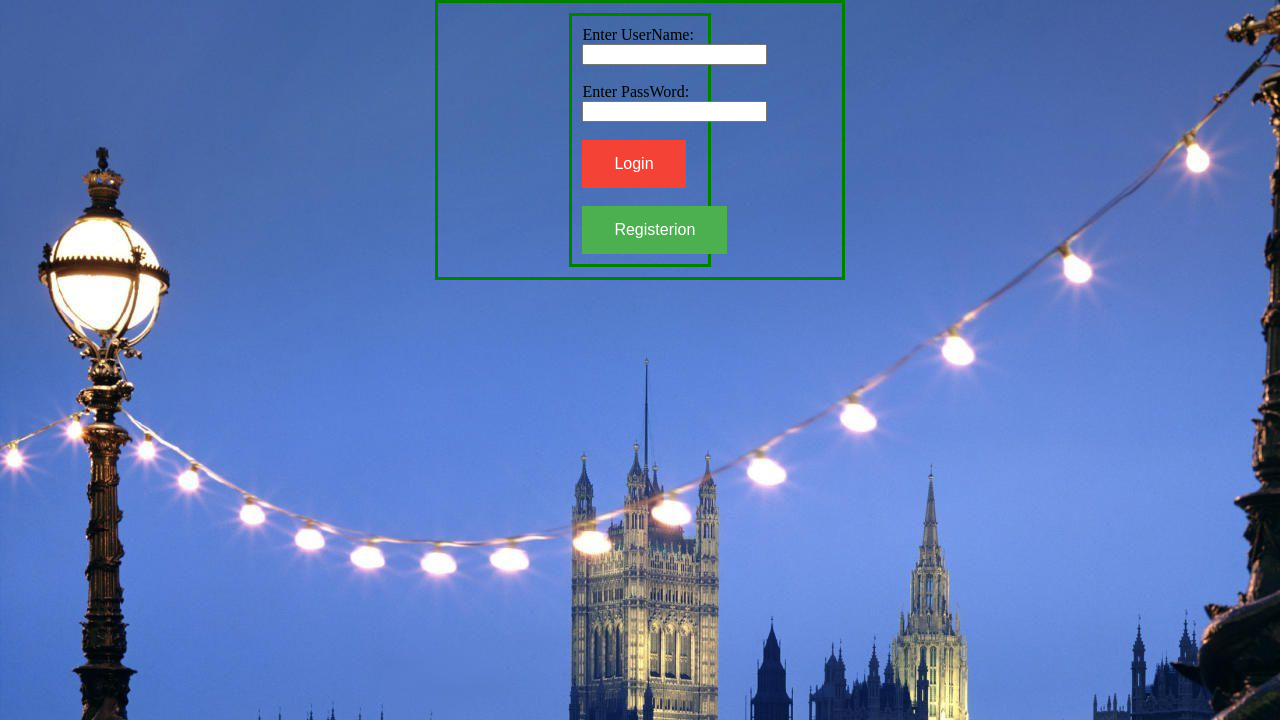
Repository: srikanthModugu/jdbc-servlet-jsp
Page: SutudentRegistration/WebContent/LoginPage.html
An editor plug-in stored every save of this project. The page is shown before and after the next save, followed by the edit.
The browser window is 1280 px wide. The pictures show the whole page.

Above is the page before, as saved 2017-10-02 14:33:25.

After the next save:
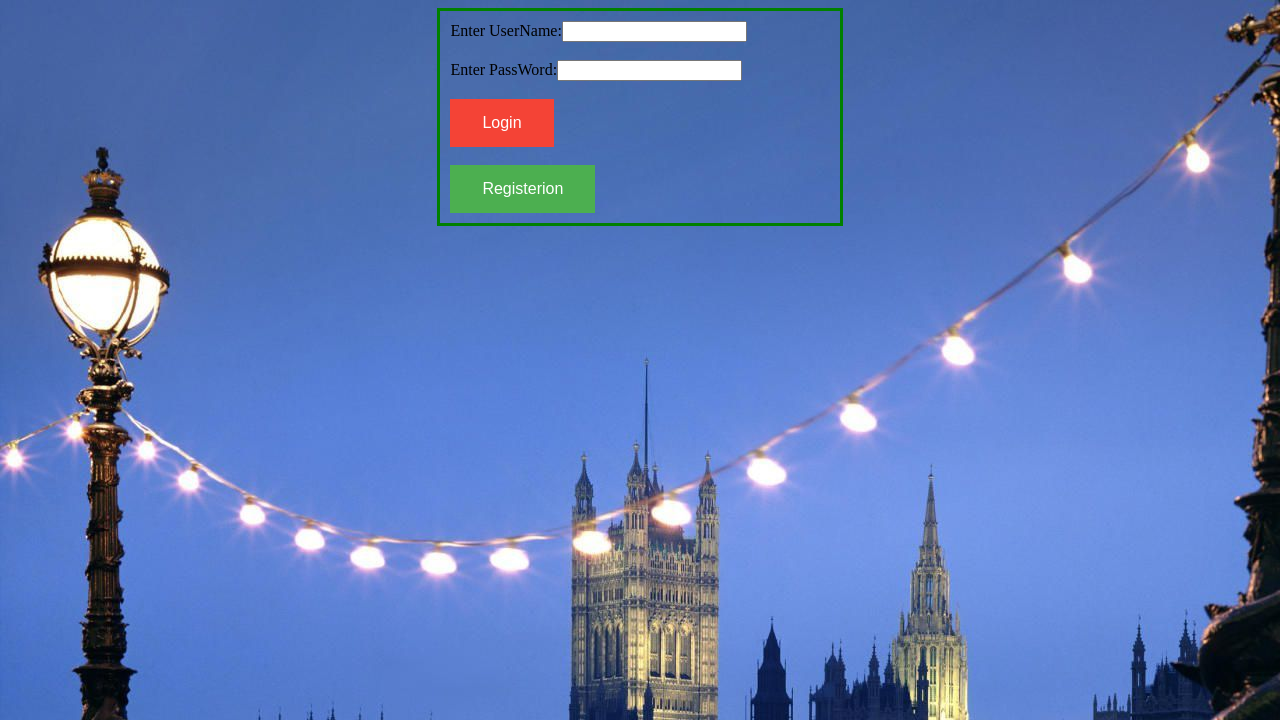
Saved 26 s later.
--- a/SutudentRegistration/WebContent/LoginPage.html
+++ b/SutudentRegistration/WebContent/LoginPage.html
@@ -25,7 +25,7 @@
 <title>Insert title here</title>
 </head>
 
-<body class="center" background="secongBg.jpg">
+<body  background="secongBg.jpg">
 <form action="login" method="get" class="center">
 
 Enter UserName:<input type="text" name="Uname"/><br><br>
